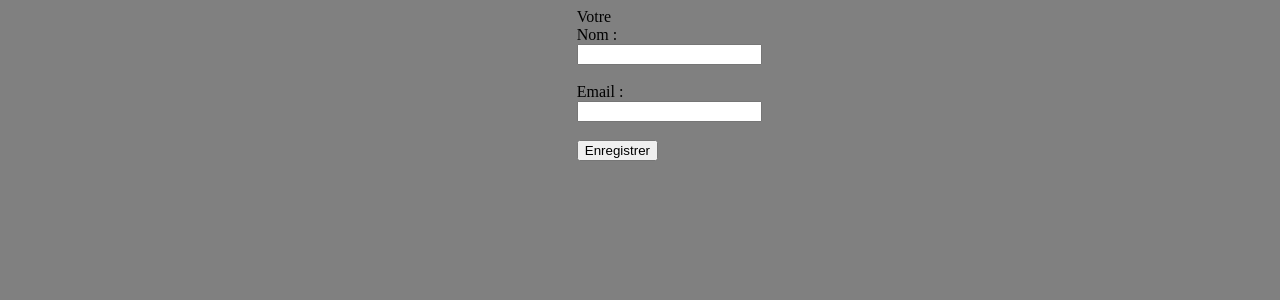
Repository: Haidara-97/TPJEE
Page: http://localhost/AppTest/
The author's editor kept a copy of each file at every save. The page is drawn from the files as they stood at one save, then again after the next save.
The browser window is 1280 px wide. The pictures show the whole page.
The page is served by Tomcat 9. Other server files are loaded and not shown.

Above is the page before, as saved 2025-06-18 11:36:48.

### AppTest/src/main/webapp/index.jsp
<%@ page language="java" contentType="text/html; charset=UTF-8"
    pageEncoding="UTF-8"%>
<!DOCTYPE html>
<html>
<head>
<meta charset="UTF-8">
<title>Insert title here</title>
<style>
body{
display: flex;
background-color: gray;
align-items: center;
}
.form{
width: 60px;
height: 30px;
margin-left:45%;
}

</style>
</head>
<body >
<div class="form" >
<form action="UserServlet" method="POST">
<label for=nom > Votre Nom :</label><br>
        <input type="text" id="nom" name="nom"><br><br>
<label for=email> Email :</label> <br>
        <input type="text" id= "email" name="email"><br><br>
        <input type = "submit" id="button" value= Enregistrer>
</form>
</div>
</body>
</html>

After the next save:
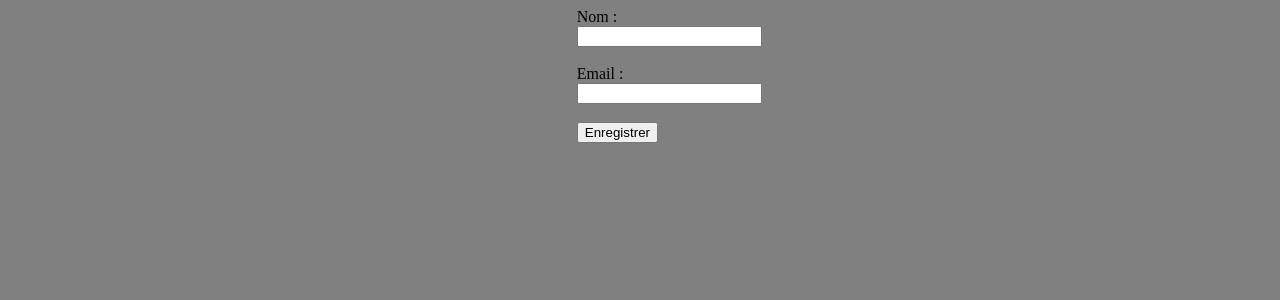
Saved 17 min 43 s later.
--- a/AppTest/src/main/webapp/index.jsp
+++ b/AppTest/src/main/webapp/index.jsp
@@ -22,7 +22,7 @@ margin-left:45%;
 <body >
 <div class="form" >
 <form action="UserServlet" method="POST">
-<label for=nom > Votre Nom :</label><br>
+<label for=nom > Nom :</label><br>
         <input type="text" id="nom" name="nom"><br><br>
 <label for=email> Email :</label> <br>
         <input type="text" id= "email" name="email"><br><br>
